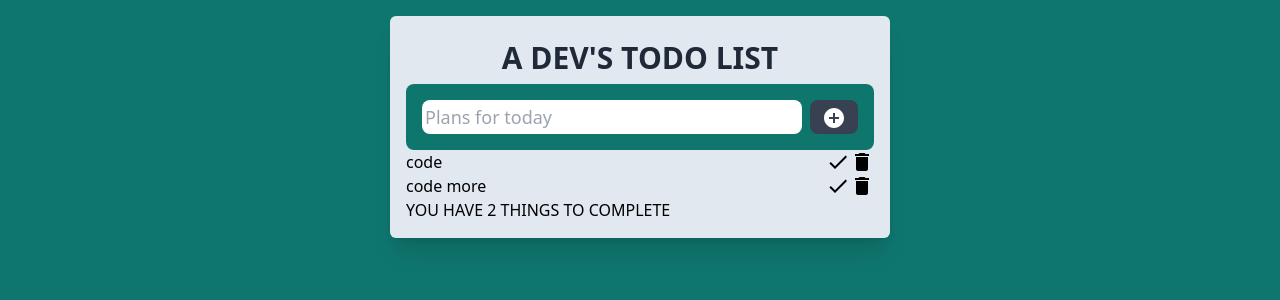
Repository: DevAntonioRogers/React-Todo-CRUD-App
Page: /
An editor plug-in stored every save of this project. The page is shown before and after the next save, followed by the edit.
The browser window is 1280 px wide. The pictures show the whole page.
The project was rebuilt for these pictures with package versions that can differ from the ones it lists, and the page was loaded fresh each time. Also part of the build but not shown: vite.config.ts.

Above is the page before, as saved 2023-05-14 19:50:40.

After the next save:
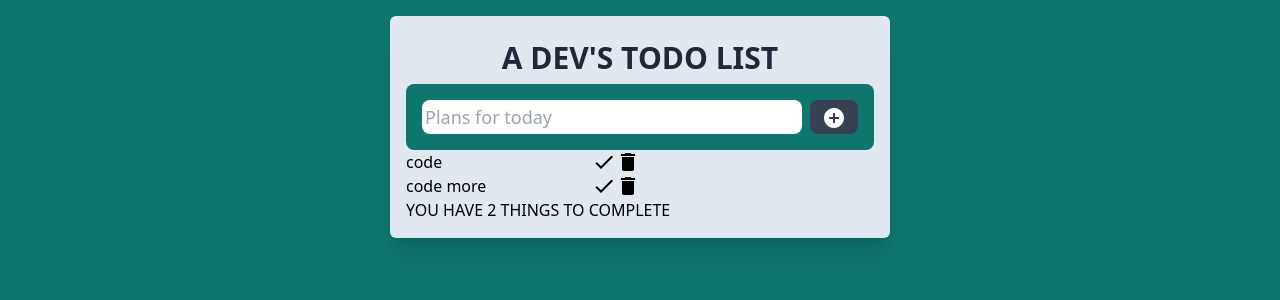
Saved 24 s later.
--- a/src/components/Todo.tsx
+++ b/src/components/Todo.tsx
@@ -8,7 +8,7 @@ interface TodoProps {
 const Todo = ({ todos }: TodoProps) => {
   return (
     <li>
-      <div className="flex items-center justify-between">
+      <div className="flex items-center justify-between w-2/4">
         <p>{todos}</p>
         <div className="flex">
           <CheckIcon />
